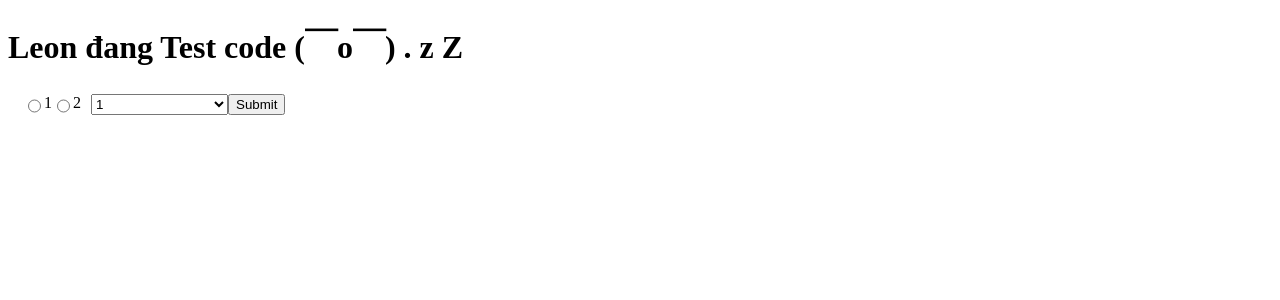
Repository: tranhuunghiem99/N_Auto_Checked
Page: test/index.html
The author's editor kept a copy of each file at every save. The page is drawn from the files as they stood at one save, then again after a run of saves.
The browser window is 1280 px wide. The pictures show the whole page.

Above is the page before, as saved 2024-05-07 21:32:29.

### test/index.html
<!-- <!DOCTYPE html>
<html>
  <head>
    <title>Checkbox Example</title>
  </head>
  <body>
    <form action="/submit" method="post">
      <label for="option1">Option 1</label>
      <input type="checkbox" name="options" value="1" id="option1">
      <br>
      <label for="option2">Option 2</label>
      <input type="checkbox" name="options" value="2" id="option2">
      <br>
      <label for="option3">Option 3</label>
      <input type="checkbox" name="options" value="3" id="option3">
      <br>
      <button type="submit">Submit</button>
    </form>
  </body>
</html> -->

<!DOCTYPE html>
<html>
<body>

<h1>Leon đang Test code (￣o￣) . z Z</h1>

<form action="/submit" method="post" style="display: flex; padding: 5px; margin: 10px;">
  <div></div>
  <input type="radio" name="number" value="">
  <label for="1">1</label><br>
  <input type="radio" name="number" value="">
  <label for="2">2</label><br>
  <select id="" name="" style="margin-left:10px ;">
    <option value="1" name="list">1</option>
    <option value="2" name="list">2</option>
    <option value="3" name="list">3</option>
    <option value="4" name="ok">Ok cái này chọn nè</option>
  </select>
  <button type="submit">Submit</button>
</form>
</body>
</html>

After the next 2 saves:
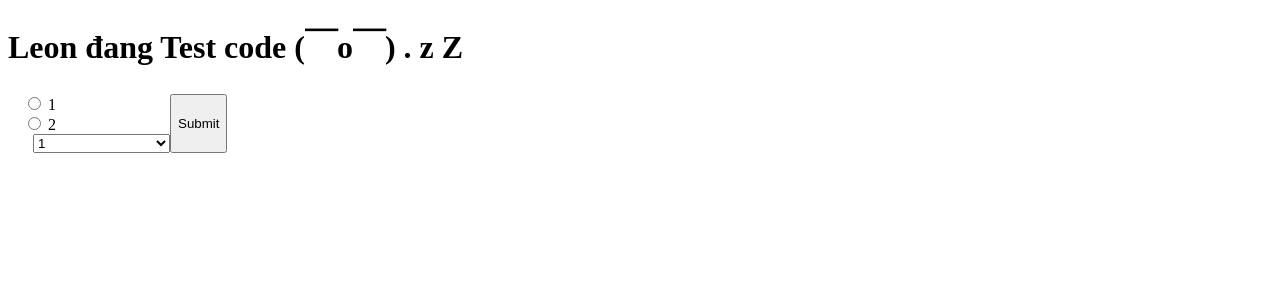
The 2 saves are shown as one change because they came seconds apart.
The last was saved 7 s later.
--- a/test/index.html
+++ b/test/index.html
@@ -26,7 +26,7 @@
 <h1>Leon đang Test code (￣o￣) . z Z</h1>
 
 <form action="/submit" method="post" style="display: flex; padding: 5px; margin: 10px;">
-  <div></div>
+  <div>
   <input type="radio" name="number" value="">
   <label for="1">1</label><br>
   <input type="radio" name="number" value="">
@@ -37,6 +37,7 @@
     <option value="3" name="list">3</option>
     <option value="4" name="ok">Ok cái này chọn nè</option>
   </select>
+</div>
   <button type="submit">Submit</button>
 </form>
 </body>
